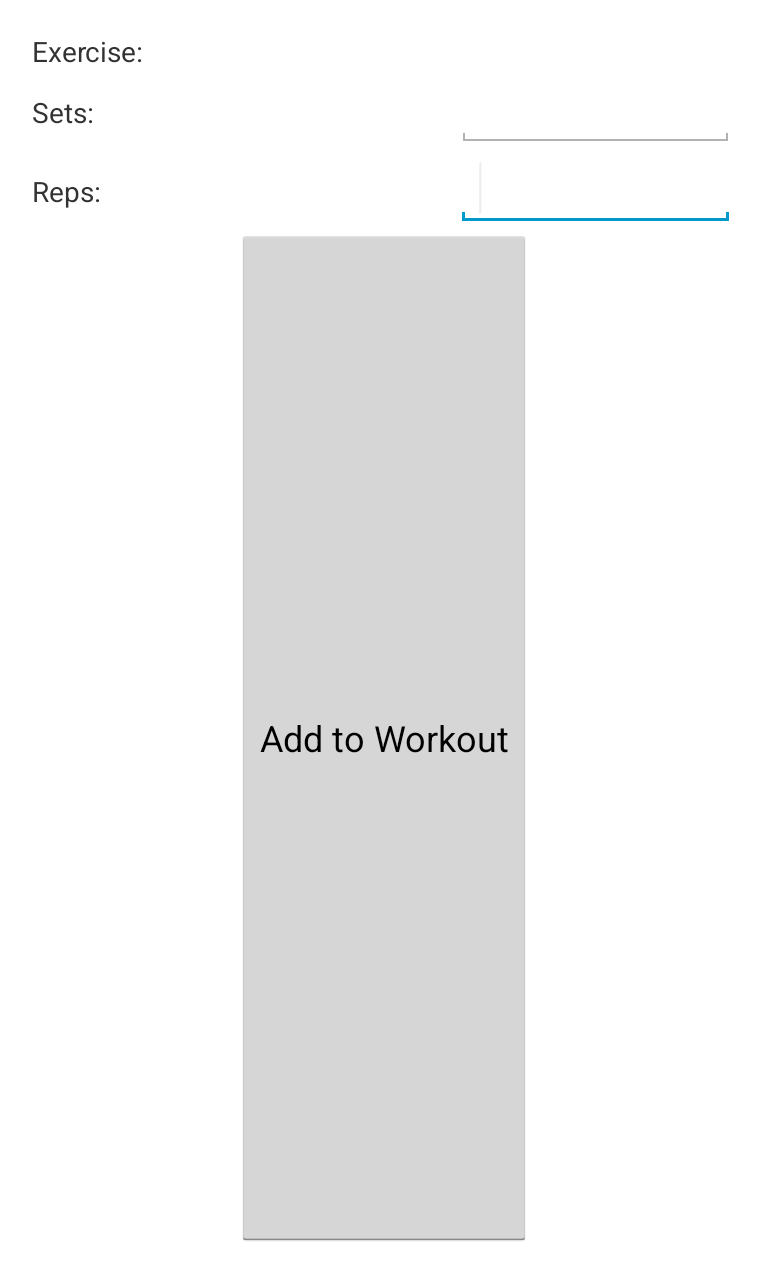
Repository: jmcdon09/EZWorkout
Layout: EzTrain/EzTrain/res/layout/activity_preview_exercise.xml
These files come from the project's save history. The layout is drawn as it stood at one moment and after the next save; the edit follows.
It is drawn on a 768 x 1280 px phone screen (xhdpi) without system bars, with theme AppTheme; the app's code is not run.

Above is the layout before, as saved 2014-03-27 23:34:15.

After the next save:
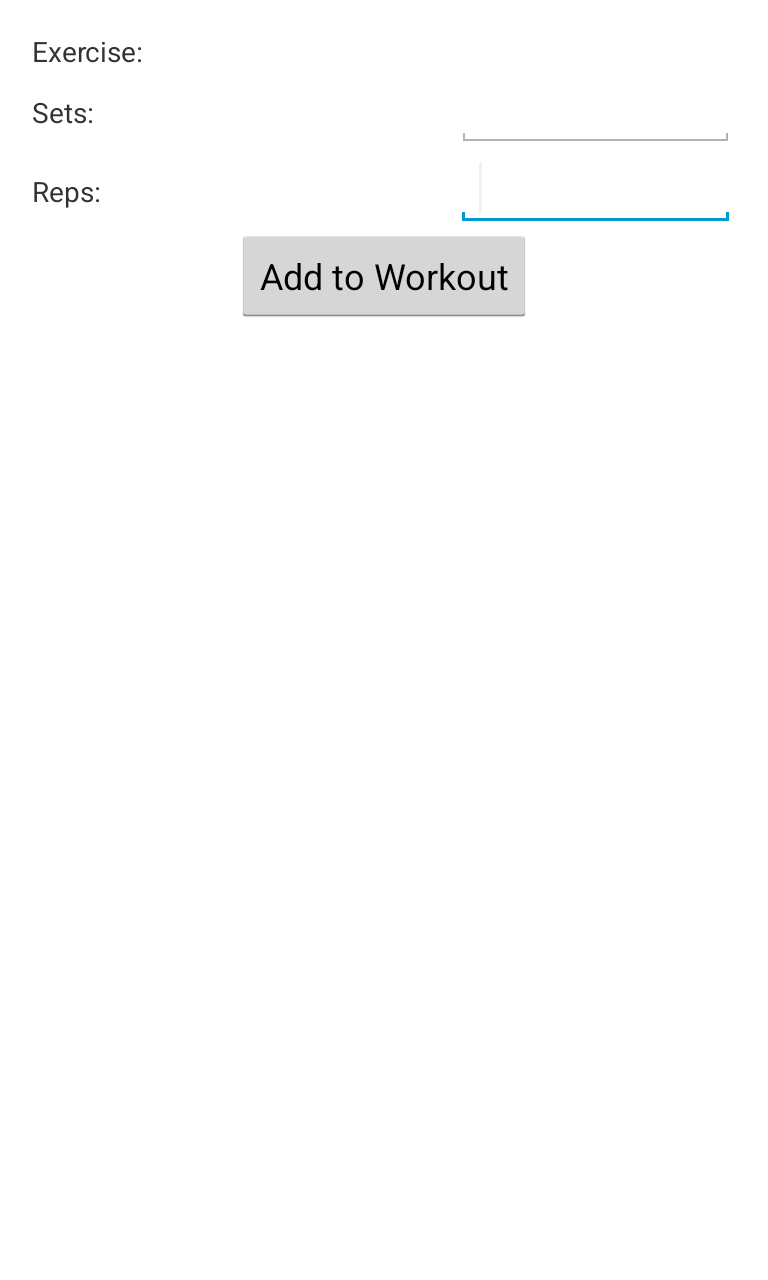
Saved 9 s later.
--- a/EzTrain/EzTrain/res/layout/activity_preview_exercise.xml
+++ b/EzTrain/EzTrain/res/layout/activity_preview_exercise.xml
@@ -80,7 +80,6 @@
 
     <Button
         android:id="@+id/button1"
-        android:layout_weight="0.44"
         android:layout_width="wrap_content"
         android:layout_gravity="center"
         android:layout_height="wrap_content"
